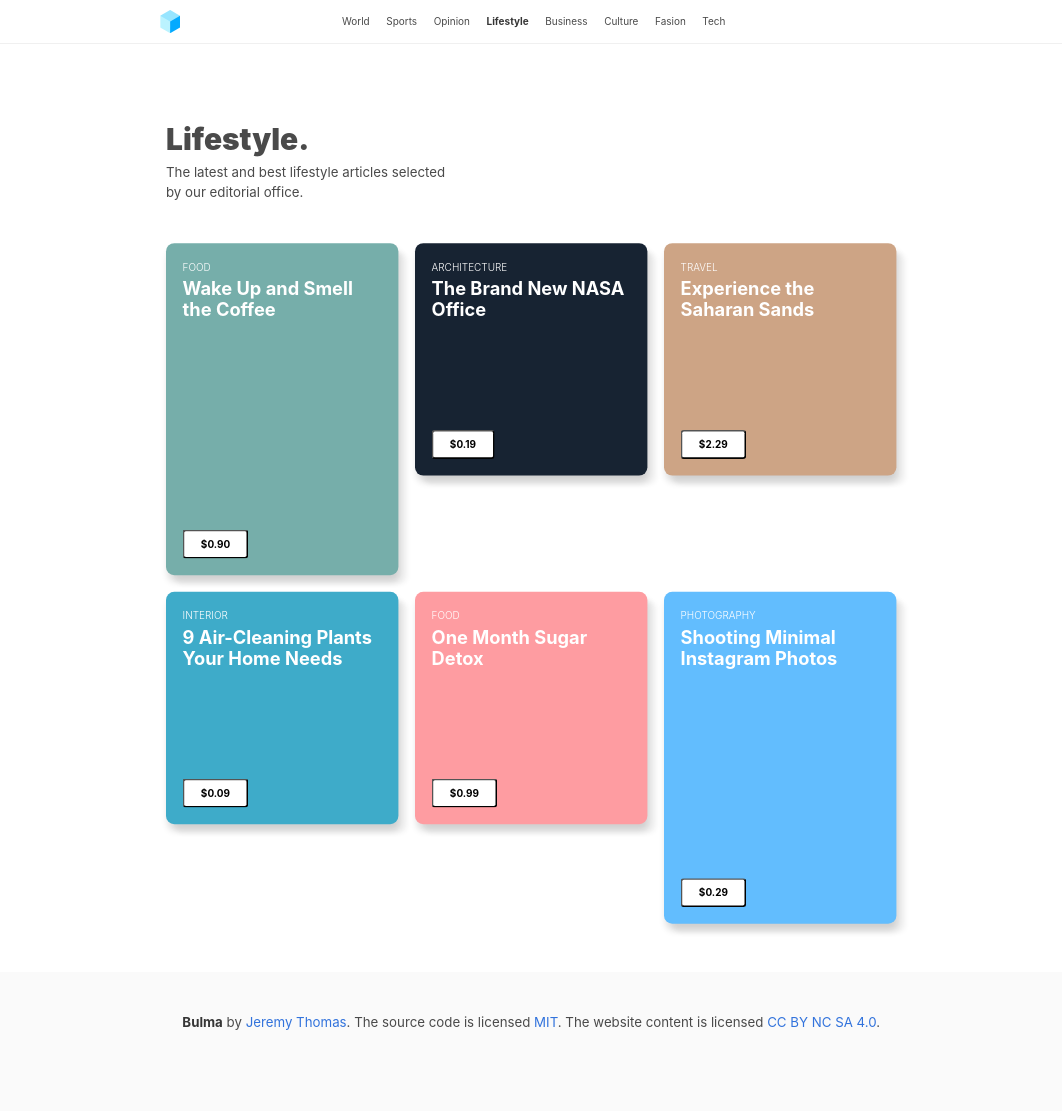
Repository: DOODpls/js_ass1
Page: index.html
The author's editor kept a copy of each file at every save. The page is drawn from the files as they stood at one save, then again after the next save.
The browser window is 1280 px wide. The pictures show the whole page, at 83% of full size.

Above is the page before, as saved 2019-11-22 19:09:01.

After the next save:
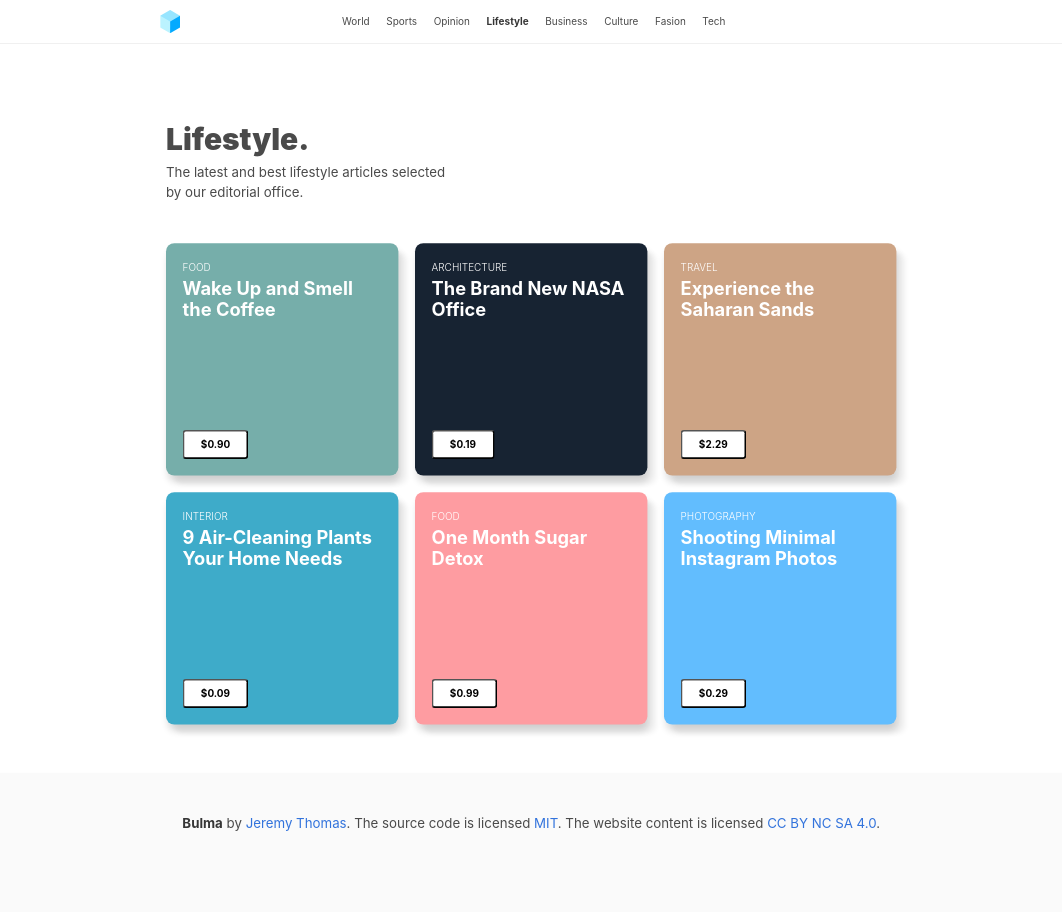
Saved 20 s later.
--- a/app.js
+++ b/app.js
@@ -74,9 +74,11 @@ const data = [
         divr.id = 'divtile'+ i
         tilers.appendChild(divr)
         if(i == 0){
-          divr.style.height = "400px"
+          divr.style.width = "400px"
         } else if(i == 5) {
-          divr.style.height = "400px"
+          divr.style.width = "400px"
+        } else {
+
         }
         const p1 = document.querySelector('#divtile'+i)
         const pr1 = document.createElement('p')
